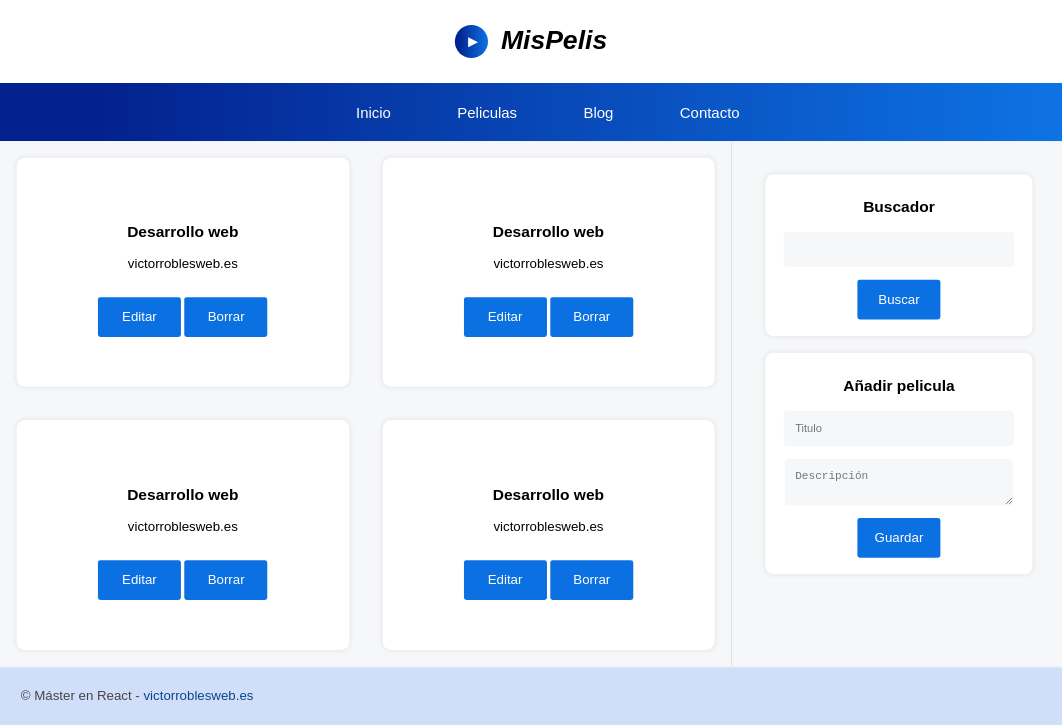
Repository: DamianBermudez94/proyecto-peliculas
Page: index.html
An editor plug-in stored every save of this project. The page is shown before and after the next save, followed by the edit.
The browser window is 1280 px wide. The pictures show the whole page, at 83% of full size.

Above is the page before, as saved 2023-04-19 23:08:13.
Not found: js/main.js

### index.html
<!DOCTYPE html>
<html lang="es">
<head>
    <meta charset="UTF-8">
    <meta http-equiv="X-UA-Compatible" content="IE=edge">
    <meta name="viewport" content="width=device-width, initial-scale=1.0">
    <link rel="stylesheet" href="styles/style.css" />
    <script src="js/main.js" type="module" defer></script>
    <title>Proyecto con Víctor Robles WEB</title>
</head>
<body>

    <div class="layout">
        <!--Cabecera-->
        <header class="header">
            <div class="logo">
                <div class="play"></div>
            </div>

            <h1>MisPelis</h1>
        </header>

        <!--Barra de navegación-->
        <nav class="nav">
            <ul>
                <li><a href="#">Inicio</a></li>
                <li><a href="#">Peliculas</a></li>
                <li><a href="#">Blog</a></li>
                <li><a href="#">Contacto</a></li>
            </ul>
        </nav>

        <!--Contenido principal-->
        <section id="content" class="content">

            <!--aqui van las peliculas-->
            <article class="peli-item">
                <h3 class="title">Desarrollo web</h3>
                <p class="description">victorroblesweb.es</p>

                <button class="edit">Editar</button>
                <button class="delete">Borrar</button>
            </article>

            <article class="peli-item">
                <h3 class="title">Desarrollo web</h3>
                <p class="description">victorroblesweb.es</p>

                <button class="edit">Editar</button>
                <button class="delete">Borrar</button>
            </article>

            <article class="peli-item">
                <h3 class="title">Desarrollo web</h3>
                <p class="description">victorroblesweb.es</p>

                <button class="edit">Editar</button>
                <button class="delete">Borrar</button>
            </article>

            <article class="peli-item">
                <h3 class="title">Desarrollo web</h3>
                <p class="description">victorroblesweb.es</p>

                <button class="edit">Editar</button>
                <button class="delete">Borrar</button>
            </article>

        </section>

        <!--Barra lateral-->
        <aside class="lateral">
            <div class="search">
                <h3 class="title">Buscador</h3>
                <form>
                    <input type="text" id="search_field" />
                    <button id="search">Buscar</button>
                </form>
            </div>

            <div class="add">
                <h3 class="title">Añadir pelicula</h3>
                <form>
                    <input type="text" id="title" placeholder="Titulo" />
                    <textarea id="description" placeholder="Descripción"></textarea>
                    <input type="submit" id="save" value="Guardar" />
                </form>
            </div>
        </aside>

        <!--Pie de página-->
        <footer class="footer">
            &copy; Máster en React - <a href="https://victorroblesweb.es">victorroblesweb.es</a>
        </footer>

    </div>


</body>
</html>

### styles/style.css
/*ESTILOS GENERALES*/

body{
    background: #d1defa;
    font-family: sans-serif, Arial, Helvetica;
    text-align: center;
    padding: 0px;
    margin: 0px;
    box-sizing: border-box;
}

.layout{
    width: 100%;
    height: auto;
    display: grid;
    grid-template-areas:
        "header header header header"
        "nav nav nav nav"
        "content content content lateral"
        "footer footer footer footer"
    ;
    grid-template-rows: 100px 70px auto 70px;
}

/*ESTILOS CABECERA*/

.header{
    grid-area: header;

    background: white;
    text-align: left;
    font-style: italic;

    display: flex;
    justify-content: center;
}

.logo{
    background: linear-gradient(90deg, #03228f 10%, #0e73e4 100%);
    width: 40px;
    height: 40px;
    border-radius: 300px;
    margin-top: 30px;
}

.play{
    width: 0;
    height: 0;
    margin-top: 15px;
    margin-left: 16px;
    border-left: 12px solid white;
    border-top: 6px solid transparent;
    border-bottom: 6px solid transparent;
}

.header h1{
    margin-left: 15px;
    margin-top: 30px;
}

/*ESTILOS DE LA BARRA DE NAVEGACIÓN*/

.nav{
    grid-area: nav;
    background: linear-gradient(90deg, #03228f 10%, #0e73e4 100%);
}

.nav > ul {
    display: flex;
    justify-content: center;
    align-items: center;
    list-style: none;
}

.nav li{
    padding: 10px;
}

.nav a {
    display: block;
    margin-left: 30px;
    margin-right: 30px;
    font-size: 18px;
    font-weight: lighter;
    color: white;
    text-decoration: none;
    transition: all 300ms;
}

.nav a:hover{
    transform: scale(1.1, 1.1);
}

/*ESTILOS PARA EL CONTENIDO PRINCIPAL*/

.content{
    grid-area: content;
    background: #f6f7f9;

    display: flex;
    flex-flow: row wrap;
    justify-content: flex-start;
    align-items: flex-start;
    flex-grow: 1;
}

.peli-item{
    flex-grow: 1;
    background: white;
    border-radius: 10px;
    box-shadow: 0px 0px 6px #ddd;
    margin: 20px;
    padding-top: 60px;
    padding-bottom: 60px;
    padding-left: 25px;
    padding-right: 25px;
}

button,
input[type="submit"],
input[type="button"]{
    width: 100px;
    background: #0b70e1;
    color: white;
    border: 0;
    outline: 0;
    padding:15px;
    border-radius: 3px;
    margin-top:15px;
    text-transform: capitalize;
    font-size: 16px;
    font-weight: 500;
    cursor: pointer;
    transition: all 300ms;
}

.peli-item .edit:hover{
    background: #e77b00;
}

.peli-item .delete:hover{
    background: #9b0202;
}

/*ESTILOS BARRA LATERAL*/

.lateral{
    grid-area: lateral;
    background: #f6f7f9;
    border-left: 1px solid #ddd;
    padding: 20px;
}

.lateral > div{
    box-sizing: border-box;
    width: 90%;
    margin: 20px;
    padding: 20px;
    padding-top: 10px;
    background: white;
    border-radius: 10px;
    box-shadow: 0px 0px 6px #ddd;
}

.lateral input[type="text"],
.lateral input[type="text"],
.lateral textarea,
.edit_form input[type="text"],
.edit_form input[type="text"],
.edit_form textarea
{
    display: block;
    margin: 0 auto;
    margin-top: 15px;
    padding: 12px;
    border-radius: 5px;
    background: #f6f7f9;
    color: #454545;
    width: 80%;
    max-width: 250px;
    min-width: 250px;
    max-height: 250px;
    opacity: 4;
    outline: 0;
    border-color: transparent;
}

.edit_form{
    border-top: 1px solid #ddd;
    margin-top: 10px;
}

/*ESTILOS PARA EL PIE DE PÁGINA*/
.footer{
    grid-area: footer;

    background: #d1defa;
    color: #454545;
    border-top: 1px solid white;
    text-align: left;
    line-height: 68px;
    padding-left: 25px;
}

.footer a{
    color: #0b468a;
    text-decoration: none;
}

@media (max-width: 1085px){
    .content {
        flex-flow: column wrap;
        justify-content: center;
        align-items: center;
    }

    .peli-item{
        width: 80%;
    }
}

After the next save:
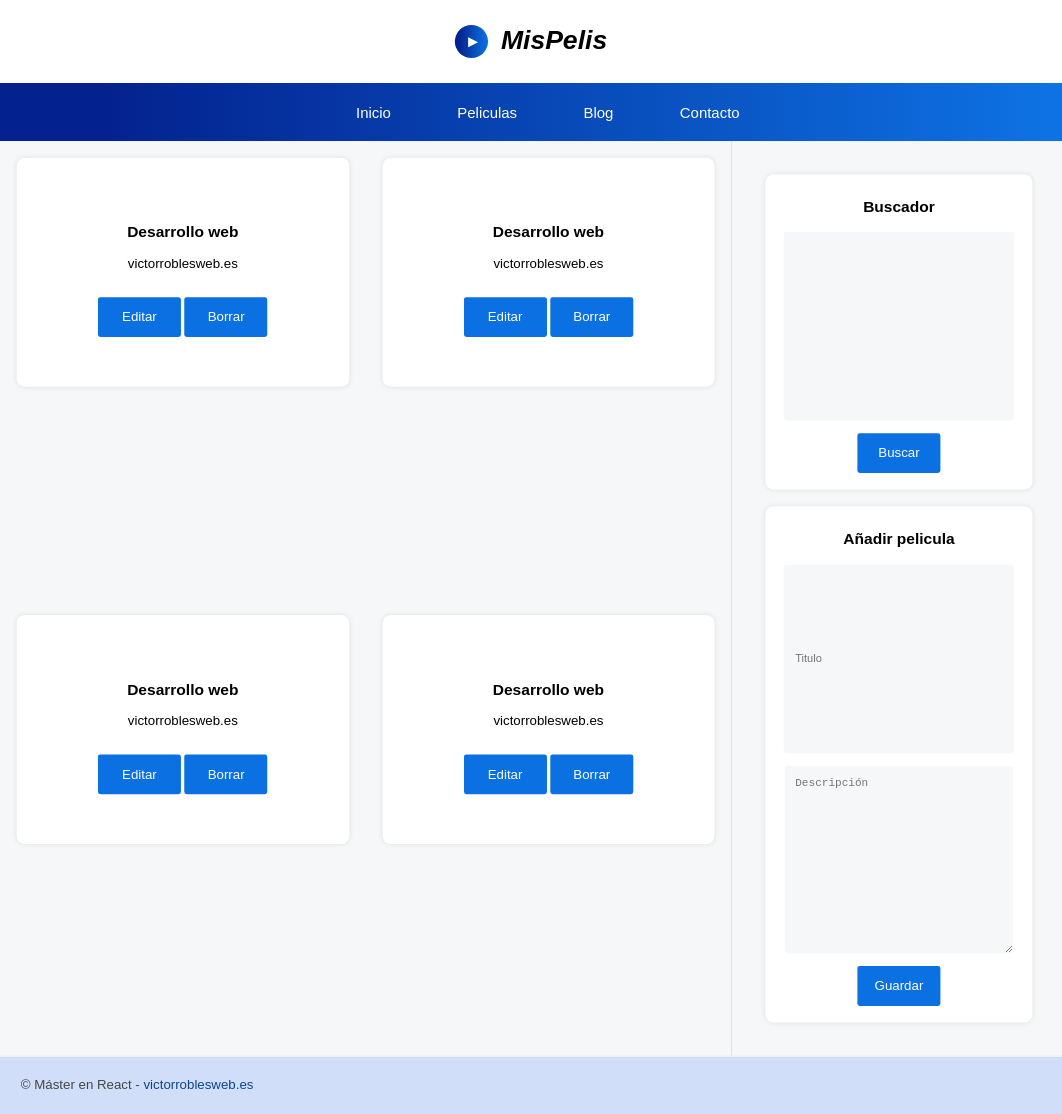
Saved 25 s later.
--- a/styles/style.css
+++ b/styles/style.css
@@ -179,6 +179,7 @@ input[type="button"]{
     width: 80%;
     max-width: 250px;
     min-width: 250px;
+    min-height: 200px;
     max-height: 250px;
     opacity: 4;
     outline: 0;
